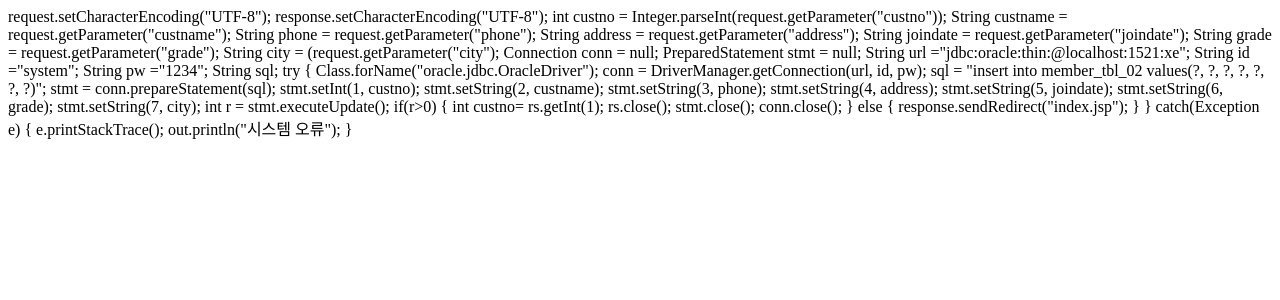
Repository: foodduck/HRD_exam
Page: http://localhost/HRD_1234/registerPro.jsp
These files come from the project's save history. The page is drawn as it stood at one moment and after the next save; the edit follows.
The browser window is 1280 px wide. The pictures show the whole page.
The page is served by Tomcat 9.

Above is the page before, as saved 2022-02-14 10:08:50.

After the next save:
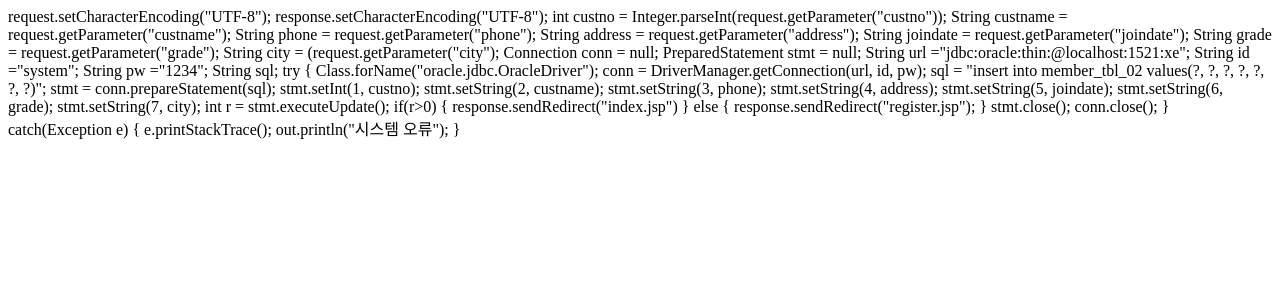
Saved 68 s later.
--- a/HRD_1234/WebContent/registerPro.jsp
+++ b/HRD_1234/WebContent/registerPro.jsp
@@ -38,13 +38,12 @@
 		int r = stmt.executeUpdate();
 
 		if(r>0) {
-			int custno= rs.getInt(1);
-			rs.close();
-			stmt.close();
-			conn.close();
+			response.sendRedirect("index.jsp")
 		} else {
-			response.sendRedirect("index.jsp");
+			response.sendRedirect("register.jsp");
 		}
+		stmt.close();
+		conn.close();
 	} catch(Exception e) {
 		e.printStackTrace();
 		out.println("시스템 오류");
